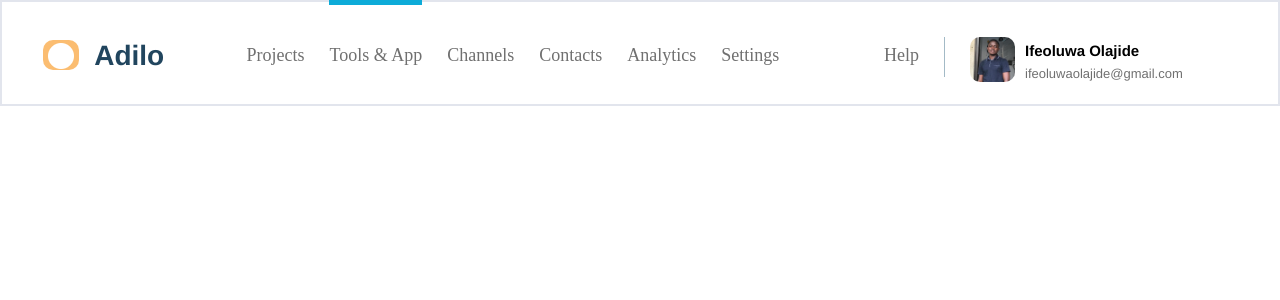
Repository: olhighjay/video_recorder
Page: /
The author's editor kept a copy of each file at every save. The page is drawn from the files as they stood at one save, then again after the next save.
The browser window is 1280 px wide. The pictures show the whole page.
Some web libraries are served in a nearby version. The project was rebuilt for these pictures with package versions that can differ from the ones it lists, and the page was loaded fresh each time. Also part of the build but not shown: vue.config.js.

Above is the page before, as saved 2022-07-28 16:54:19.

After the next save:
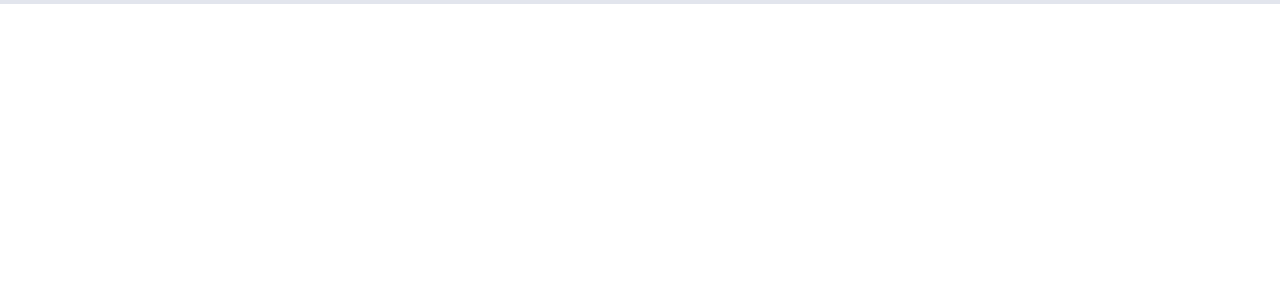
Saved 17 s later.
--- a/src/App.vue
+++ b/src/App.vue
@@ -1,43 +1,7 @@
 <template>
   <!-- <img alt="Vue logo" src="./assets/logo.png"> -->
   <div>
-    <nav class="">
-      <div class="nav-logo-area">
-        <div class="nav-logo-area-inner">
-          <div class="white-logo-wrap">
-            <span class="white-logo-bkg">
-            <img alt="Adilo logo" src="./assets/swarm.png">
-            </span>
-          </div>
-          <div class="adilo">Adilo</div>
-        </div>
-      </div>
-      <div class="nav-tab">
-        <ul class="my-nav-list">
-          <li><a>Projects</a></li>
-          <li class="active-nav-item"> <a>Tools & App</a></li>
-          <li><a>Channels</a></li>
-          <li><a>Contacts</a></li>
-          <li><a>Analytics</a></li>
-          <li><a>Settings</a></li>
-        </ul>
-      </div>
-      <div class="nav-profile">
-        <ul class="my-nav-list">
-          <li><a>Help</a></li>
-        </ul>
-        <div class="profile-info">
-          <div class="profile-border"></div>
-          <div >
-            <img alt="Profile Image" src="./assets/profile.jpg" class="profile-img">
-          </div>
-          <div style="margin-left:10px">
-            <span class="profile-name">Ifeoluwa Olajide </span>
-            <p class="profile-email">ifeoluwaolajide@gmail.com</p>
-          </div>
-        </div>
-      </div>
-    </nav>
+
   </div>
 </template>
 
